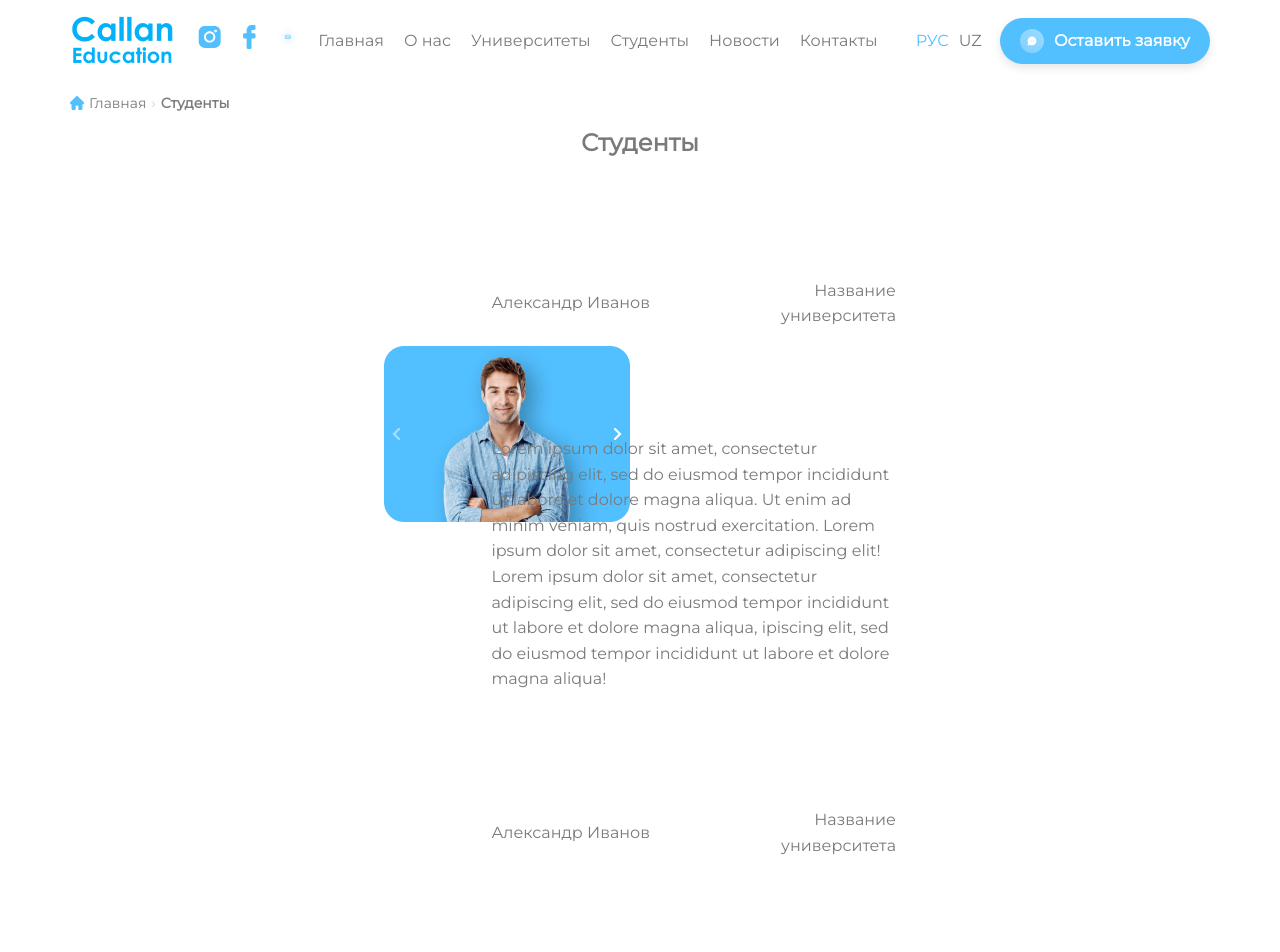
Repository: olyakorzh/Team-project-1
Page: assets/pages/students.html
These files come from the project's save history. The page is drawn as it stood at one moment and after the next save; the edit follows.
The browser window is 1280 px wide. The pictures show the part of the page from y = 0 to 952 px (the page is 3220 px tall before and 3373 px after).
A picture or video elsewhere on the page could not be fetched, so the positions and the page height are approximate.

Above is the page before, as saved 2024-12-08 11:30:19.

After the next save:
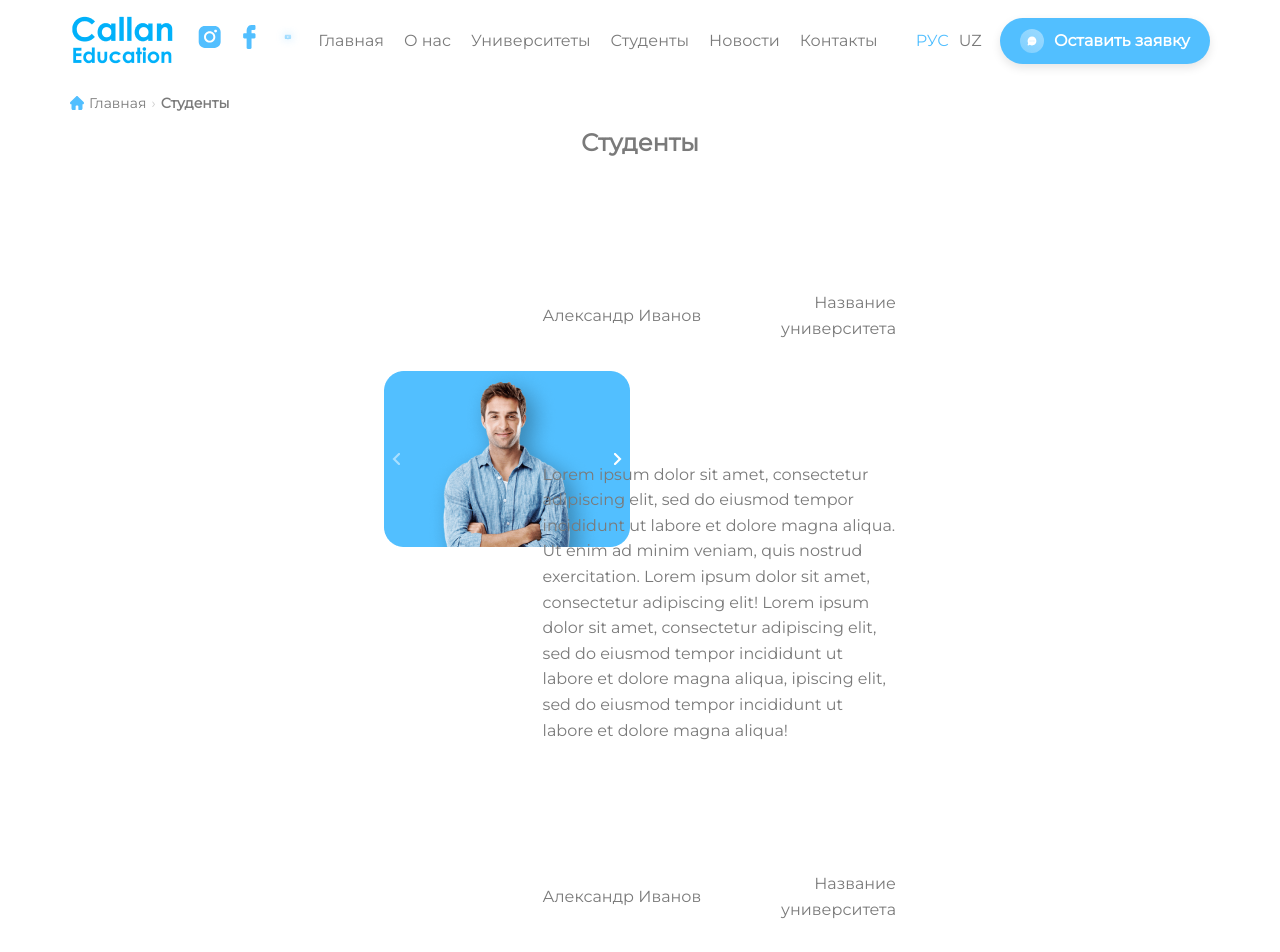
Saved 97 s later.
--- a/assets/styles/students.css
+++ b/assets/styles/students.css
@@ -191,7 +191,7 @@
 
   .containerstudent{
     display: grid;
-    grid-template-columns: 20% 1fr 1fr;
+    grid-template-columns: 30% 1fr 1fr;
     grid-template-rows: 1fr 1fr;
     gap: 5px 5px;
     align-items: center;
